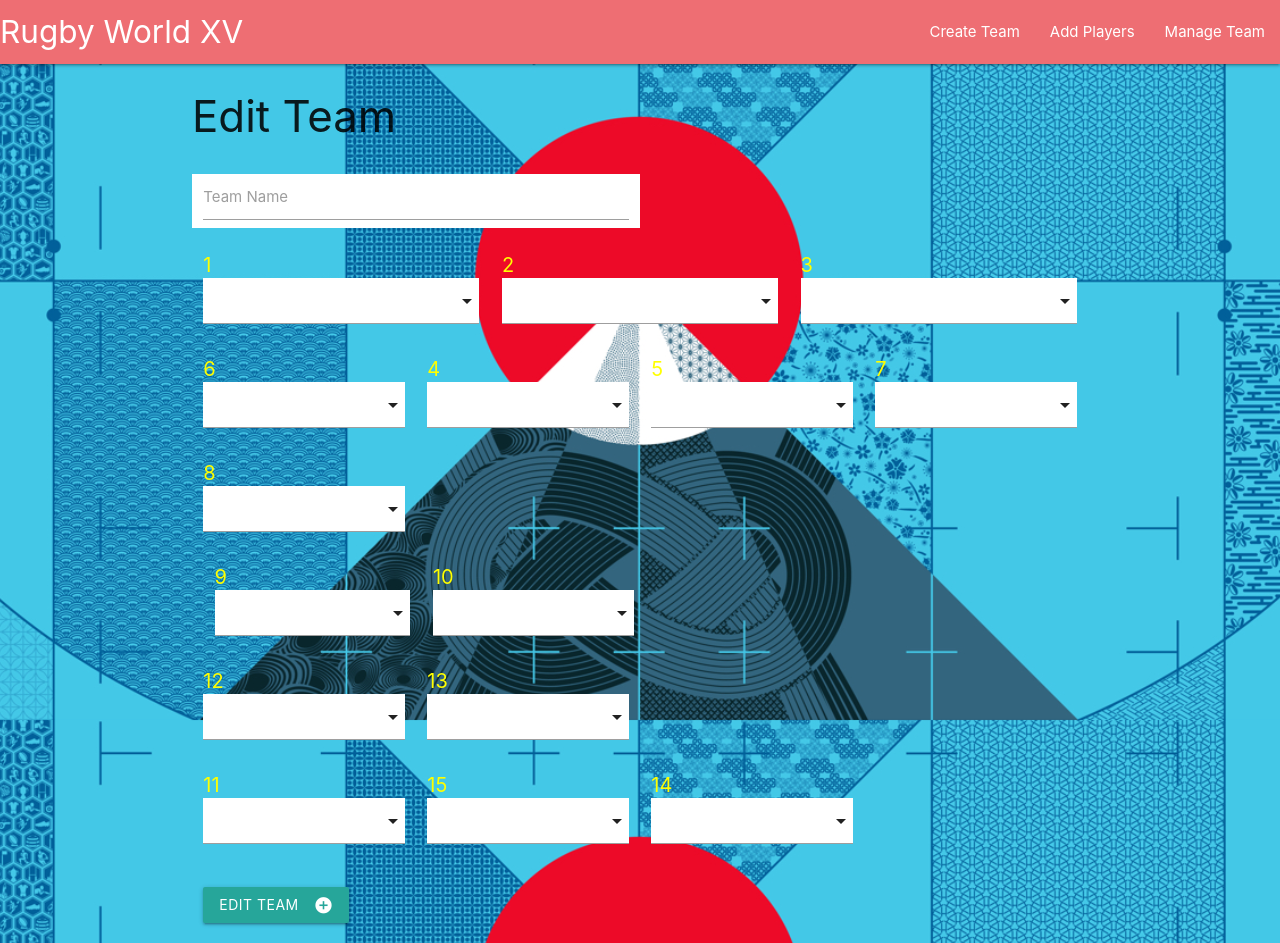
Repository: StephenWhittington/rugby-world-xv
Page: templates/editteam.html
The author's editor kept a record of every edit. The page is drawn from the files as they stood at one moment, then again after the next edit.
The browser window is 1280 px wide. The pictures show the whole page.
Backgrounds fixed to the window are drawn as part of the page. The page is served by the project's application, run on Flask 3 (app.py). The template is opened directly, without the code that normally fills it, so the values that code supplies are empty.

Above is the page before.

### templates/editteam.html
{% extends 'base.html' %} {% block content %}
<h3 class="header-text">Edit Team</h3>
<div class="row">
    <form action="{{ url_for('update_team', team_id=team._id) }}" method="POST" class="col s12">
        <div class="row">
            <div class="input-field input-info col s6">
                <input id="team_name" name="team_name" type="text" class="validate" value="{{team.team_name}}">
                <label for="team_name">Team Name</label>
            </div>
        </div>
        <div class="row">
            <div class="input-field col s4">
                <select id="loose_head_prop" name="loose_head_prop">
                    <option value="{{team.loose_head_prop}}">{{team.loose_head_prop}}</option>
                    {% for plyr in first_players_collection %}
                        {% if plyr.position == "Loosehead Prop" %}
                <option value="{{plyr.player_name}}">{{plyr.player_name}}</option>
                        {% endif %}
                    {% endfor %}
                </select>
                <label for="loose_head_prop">1</label>
            </div>
            <div class="input-field col s4">
                <select id="hooker" name="hooker">
                    <option value="{{team.hooker}}">{{team.hooker}}</option>
                    {% for plyr in second_players_collection %}
                        {% if plyr.position == "Hooker" %}
                    <option value="{{plyr.player_name}}">{{plyr.player_name}}</option>
                        {% endif %}
                    {% endfor %}
                    </select>
                <label for="hooker">2</label>
            </div>
            <div class="input-field col s4">
                <select id="tight_head_prop" name="tight_head_prop">
                    <option value="{{team.tight_head_prop}}">{{team.tight_head_prop}}</option>
                    {% for plyr in third_players_collection %}
                        {% if plyr.position == "Tighthead Prop" %}
                <option value="{{plyr.player_name}}">{{plyr.player_name}}</option>
                        {% endif %}
                    {% endfor %}
                    </select>
                <label for="tight_head_prop">3</label>
            </div>
        </div>
        <div class="row">
            <div class="input-field col s3">
                <select id="blind_side_flanker" name="blind_side_flanker">
                    <option value="{{team.blind_side_flanker}}">{{team.blind_side_flanker}}</option>
                    {% for plyr in fourth_players_collection %}
                        {% if plyr.position == "Flanker" %}
                <option value="{{plyr.player_name}}">{{plyr.player_name}}</option>
                        {% endif %}
                     {% endfor %}
                    </select>
                <label for="blind_side_flanker">6</label>
            </div>
            <div class="input-field col s3">
                <select id="second_row" name="second_row">
                    <option value="{{team.second_row}}">{{team.second_row}}</option>
                    {% for plyr in fith_players_collection %}
                        {% if plyr.position == "Second Row" %}
                <option value="{{plyr.player_name}}">{{plyr.player_name}}</option>
                        {% endif %}
                    {% endfor %}
                    </select>
                <label for="second_row">4</label>
            </div>
            <div class="input-field col s3">
                <select id="second_row_2" name="second_row_2">
                    <option value="{{team.second_row_2}}">{{team.second_row_2}}</option>
                    {% for plyr in sixth_players_collection %}
                        {% if plyr.position == "Second Row" %}
                <option value="{{plyr.player_name}}">{{plyr.player_name}}</option>
                        {% endif %}
                     {% endfor %}
                    </select>
                <label for="second_row_2">5</label>
            </div>
            <div class="input-field col s3">
                <select id="open_side_flanker" name="open_side_flanker">
                    <option value="{{team.open_side_flanker}}">{{team.open_side_flanker}}</option>
                    {% for plyr in seventh_players_collection %}
                        {% if plyr.position == "Flanker" %}
                <option value="{{plyr.player_name}}">{{plyr.player_name}}</option>
                        {% endif %}
                    {% endfor %}
                    </select>
                <label for="open_side_flanker">7</label>
            </div>
        </div>
        <div class="row">
            <div class="input-field col s3">
                <select id="number_eight" name="number_eight">
                    <option value="{{team.number_eight}}">{{team.number_eight}}</option>
                    {% for plyr in eighth_players_collection %}
                        {% if plyr.position == "Number 8" %}
                <option value="{{plyr.player_name}}">{{plyr.player_name}}</option>
                        {% endif %}
                    {% endfor %}
                    </select>
                <label for="number_eight">8</label>
            </div>
        </div>
        <div clas="row">
            <div class="input-field col s3">
                <select id="scrum_half" name="scrum_half">
                    <option value="{{team.scrum_half}}">{{team.scrum_half}}</option>
                    {% for plyr in ninth_players_collection %}
                        {% if plyr.position == "Scrum Half" %}
                <option value="{{plyr.player_name}}">{{plyr.player_name}}</option>
                        {% endif %}
                    {% endfor %}
                    </select>
                <label for="scrum_half">9</label>
            </div>
        </div>
        <div class="row">
            <div class="input-field col s3">
                <select id="fly_half" name="fly_half">
                    <option value="{{team.fly_half}}">{{team.fly_half}}</option>
                    {% for plyr in tenth_players_collection %}
                        {% if plyr.position == "Fly Half" %}
                <option value="{{plyr.player_name}}">{{plyr.player_name}}</option>
                        {% endif %}
                    {% endfor %}
                    </select>
                <label for="fly_half">10</label>
            </div>
        </div>
        <div class="row">
            <div class="input-field col s3">
                <select id="inside_centre" name="inside_centre">
                    <option value="{{team.inside_centre}}">{{team.inside_centre}}</option>
                    {% for plyr in eleventh_players_collection %}
                        {% if plyr.position == "Inside Centre" %}
                <option value="{{plyr.player_name}}">{{plyr.player_name}}</option>
                        {% endif %}
                    {% endfor %}
                    </select>
                <label for="inside_centre">12</label>
            </div>
            <div class="input-field col s3">
                <select id="outside_centre" name="outside_centre">
                    <option value="{{team.outside_centre}}">{{team.outside_centre}}</option>
                    {% for plyr in twelth_players_collection %}
                        {% if plyr.position == "Outside Centre" %}
                <option value="{{plyr.player_name}}">{{plyr.player_name}}</option>
                        {% endif %}
                     {% endfor %}
                    </select>
                <label for="outside_centre">13</label>
            </div>
        </div>
        <div class="row">
            <div class="input-field col s3">
                <select id="left_wing" name="left_wing">
                    <option value="{{team.left_wing}}">{{team.left_wing}}</option>
                    {% for plyr in thirteenth_players_collection %}
                        {% if plyr.position == "Left Wing" %}
                <option value="{{plyr.player_name}}">{{plyr.player_name}}</option>
                        {% endif %}
                    {% endfor %}
                    </select>
                <label for="left_wing">11</label>
            </div>
            <div class="input-field col s3">
                <select id="full_back" name="full_back">
                    <option value="{{team.full_back}}">{{team.full_back}}</option>
                    {% for plyr in fourteenth_players_collection %}
                        {% if plyr.position == "Fullback" %}
                <option value="{{plyr.player_name}}">{{plyr.player_name}}</option>
                        {% endif %}
                     {% endfor %}
                    </select>
                <label for="full_back">15</label>
            </div>
            <div class="input-field col s3">
                <select id="right_wing" name="right_wing">
                    <option value="{{team.right_wing}}">{{team.right_wing}}</option>
                    {% for plyr in fithteenth_players_collection %}
                        {% if plyr.position == "Right Wing" %}
                <option value="{{plyr.player_name}}">{{plyr.player_name}}</option>
                        {% endif %}
                    {% endfor %}
                    </select>
                <label for="right_wing">14</label>
            </div>
        </div>
        <div class="row">
            <div class="col s3">
                <button class="btn waves-effect waves-light" type="submit" name="action">Edit Team
                <i class="material-icons right">add_circle</i>
             </button>
            </div>
        </div>
    </form>
</div>



{% endblock %}

### templates/base.html
<!DOCTYPE html>
<html lang="en">

<head>
    <meta charset="UTF-8">
    <meta name="viewport" content="width=device-width, initial-scale=1.0">
    <meta http-equiv="X-UA-Compatible" content="ie=edge">
    <link href="https://fonts.googleapis.com/icon?family=Material+Icons" rel="stylesheet">
    <link rel="stylesheet" href="https://cdnjs.cloudflare.com/ajax/libs/materialize/1.0.0/css/materialize.min.css">
    <link rel="stylesheet" href="{{url_for('static', filename='css/style.css')}}" type="text/css" />
    <title>World XV</title>
</head>

<body class="background_image">

    <header>
        <nav>
            <div class="nav-wrapper">
                <a href="{{url_for('view_team')}}" class="brand-logo">Rugby World XV</a>
                <a href="#" data-target="mobile-demo" class="sidenav-trigger"><i class="material-icons">menu</i></a>
                <ul id="nav-mobile" class="right hide-on-med-and-down">
                    <li><a href="{{url_for('create_team')}}">Create Team</a></li>
                    <li><a href="{{url_for('new_team')}}">Add Players</a></li>
                    <li><a href="{{url_for('manage_team')}}">Manage Team</a></li>
                </ul>
            </div>
        </nav>
        <ul class="sidenav" id="mobile-demo">
            <li><a href="{{url_for('create_team')}}">Create Team</a></li>
            <li><a href="{{url_for('new_team')}}">Add Players</a></li>
            <li><a href="{{url_for('manage_team')}}">Manage Team</a></li>
        </ul>
    </header>



    <div class="container">
        {% block content %} {% endblock %}
    </div>


    <script src="https://code.jquery.com/jquery-3.4.1.js" integrity="sha256-WpOohJOqMqqyKL9FccASB9O0KwACQJpFTUBLTYOVvVU=" crossorigin="anonymous"></script>
    <script src="https://cdnjs.cloudflare.com/ajax/libs/materialize/1.0.0/js/materialize.min.js"></script>
    <script type="text/javascript">
        $(document).ready(function() {
            $('.collapsible').collapsible();
            $('select').formSelect();
            $('.sidenav').sidenav();
        });
    </script>
</body>

</html>

### app.py
import os
from flask import Flask, render_template, redirect, request, url_for, request
from flask_pymongo import PyMongo
from bson.objectid import ObjectId
from dotenv import load_dotenv
load_dotenv()

app = Flask(__name__)

app.config["MONGO_URI"] = os.getenv("MONGO_URI")

mongo = PyMongo(app)


@app.route('/')
@app.route('/create_team')
def view_team():
    return render_template("team.html",
                            first_players_collection=mongo.db.players.find(),
                            second_players_collection = mongo.db.players.find(),
                            third_players_collection = mongo.db.players.find(),
                            fourth_players_collection = mongo.db.players.find(),
                            fith_players_collection = mongo.db.players.find(),
                            sixth_players_collection = mongo.db.players.find(),
                            seventh_players_collection = mongo.db.players.find(),
                            eighth_players_collection = mongo.db.players.find(),
                            ninth_players_collection = mongo.db.players.find(),
                            tenth_players_collection = mongo.db.players.find(),
                            eleventh_players_collection = mongo.db.players.find(),
                            twelth_players_collection = mongo.db.players.find(),
                            thirteenth_players_collection = mongo.db.players.find(),
                            fourteenth_players_collection = mongo.db.players.find(),
                            fithteenth_players_collection = mongo.db.players.find())


@app.route('/new_team')
def new_team():
    return render_template("addplayers.html",
                            addplayers=mongo.db.players.find())

@app.route('/add_player', methods=['POST'])
def add_player():
    addplayers = mongo.db.players
    addplayers.insert_one(request.form.to_dict())
    return redirect(url_for('create_team'))

@app.route('/create_team')
def create_team():
    return render_template("team.html",
                            first_players_collection=mongo.db.players.find())

@app.route('/add_team', methods=['POST'])
def add_team():
    team =  mongo.db.team
    team.insert_one(request.form.to_dict())
    return redirect(url_for('manage_team'))

@app.route('/manage_team')
def manage_team():
    return render_template("manageteam.html",
                            team=mongo.db.team.find())

@app.route('/delete_team/<team_id>')
def delete_team(team_id):
    mongo.db.team.remove({'_id': ObjectId(team_id)})
    return redirect(url_for('manage_team'))

@app.route('/edit_team/<team_id>')
def edit_team(team_id):
    the_team =  mongo.db.team.find_one({"_id": ObjectId(team_id)})
    all_positions =  mongo.db.team.find()
    return render_template('editteam.html', team=the_team,
                           positions=all_positions,
                           first_players_collection=mongo.db.players.find(),
                           second_players_collection = mongo.db.players.find(),
                           third_players_collection = mongo.db.players.find(),
                           fourth_players_collection = mongo.db.players.find(),
                           fith_players_collection = mongo.db.players.find(),
                           sixth_players_collection = mongo.db.players.find(),
                           seventh_players_collection = mongo.db.players.find(),
                           eighth_players_collection = mongo.db.players.find(),
                           ninth_players_collection = mongo.db.players.find(),
                           tenth_players_collection = mongo.db.players.find(),
                           eleventh_players_collection = mongo.db.players.find(),
                           twelth_players_collection = mongo.db.players.find(),
                           thirteenth_players_collection = mongo.db.players.find(),
                           fourteenth_players_collection = mongo.db.players.find(),
                           fithteenth_players_collection = mongo.db.players.find())

@app.route('/update_team/<team_id>', methods=["POST"])
def update_team(team_id):
    team = mongo.db.team
    team.update( {'_id': ObjectId(team_id)},
    {
        'team_name':request.form.get('team_name'),
        'loose_head_prop':request.form.get('loose_head_prop'),
        'hooker':request.form.get('hooker'),
        'tight_head_prop': request.form.get('tight_head_prop'),
        'blind_side_flanker': request.form.get('blind_side_flanker'),
        'second_row':request.form.get('second_row'),
        'second_row_2':request.form.get('second_row_2'),
        'open_side_flanker':request.form.get('open_side_flanker'),
        'number_eight':request.form.get('number_eight'),
        'scrum_half':request.form.get('scrum_half'),
        'fly_half':request.form.get('fly_half'),
        'inside_centre':request.form.get('inside_centre'),
        'outside_centre':request.form.get('outside_centre'),
        'left_wing':request.form.get('left_wing'),
        'full_back':request.form.get('full_back'),
        'right_wing':request.form.get('right_wing')
    })
    return redirect(url_for('manage_team'))


if __name__ == '__main__':
    app.run(host=os.environ.get('IP'),
            port=int(os.environ.get('PORT')),
            debug=True)

### static/css/style.css
.background_image {
    height: 100vh;
    background: url("../images/worldcupback.jpg") no-repeat center center fixed;
    -webkit-background-size: cover;
    -moz-background-size: cover;
    -o-background-size: cover;
    background-size: cover;
    align-items: center;
    position: relative;
    justify-content: center;
}

.select-wrapper {
    background-color: white;
}


.select-wrapper+label {
    position: absolute;
    top: -40px;
    font-size: 20px;
    color: yellow;
}

.input-info {
    background-color: white;
}

After the next edit:
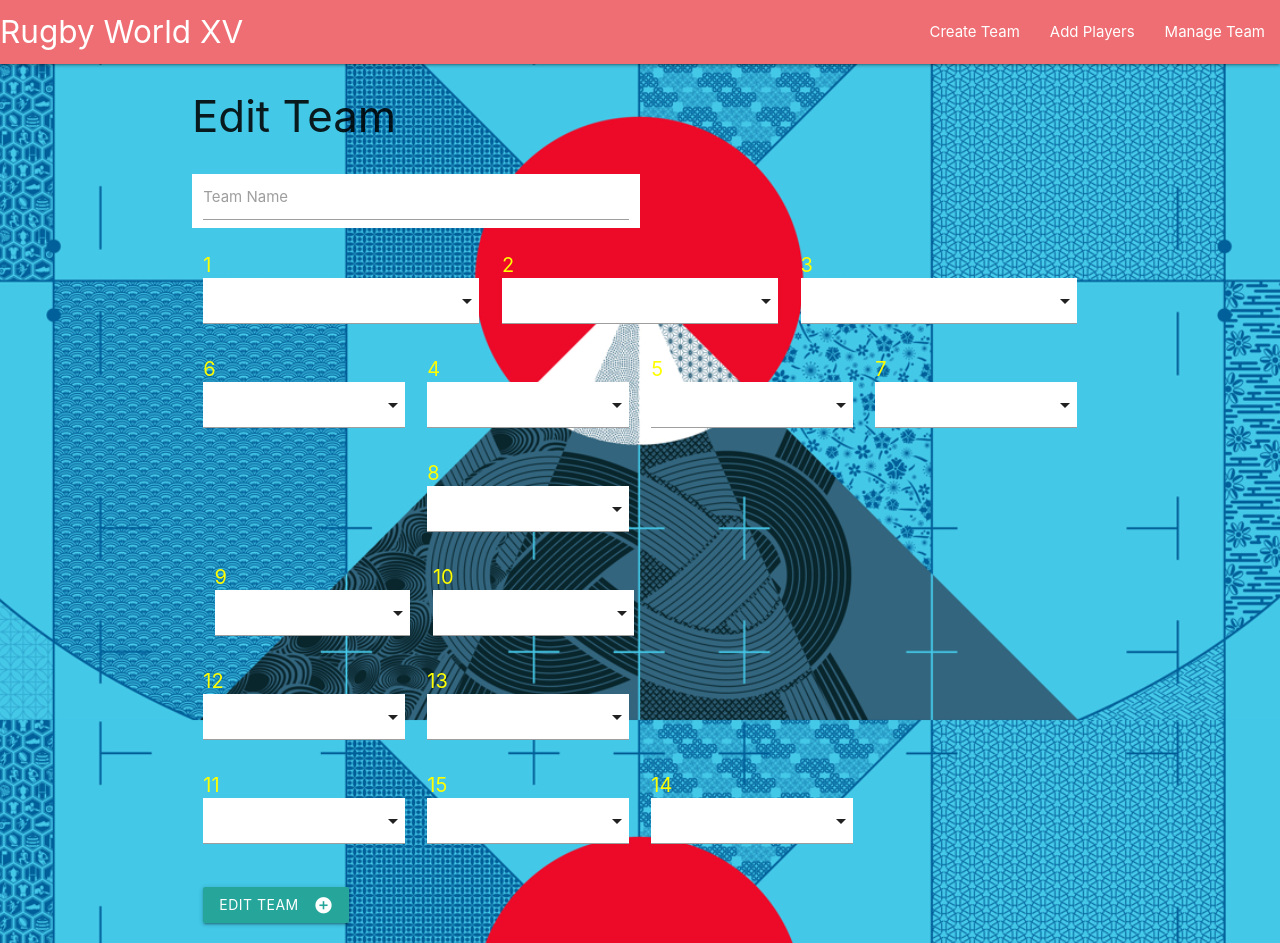
The edit:
--- a/templates/editteam.html
+++ b/templates/editteam.html
@@ -90,7 +90,7 @@
             </div>
         </div>
         <div class="row">
-            <div class="input-field col s3">
+            <div class="input-field col s3  offset-s3">
                 <select id="number_eight" name="number_eight">
                     <option value="{{team.number_eight}}">{{team.number_eight}}</option>
                     {% for plyr in eighth_players_collection %}
